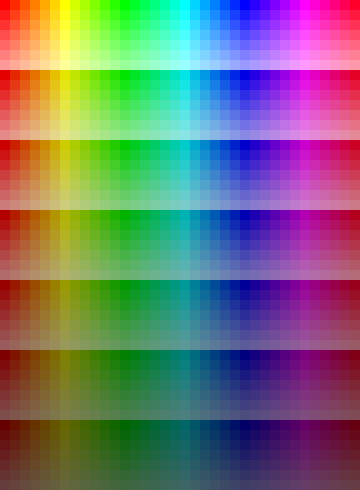
Repository: zhuqinghe/mapf_visualizer
Script's output: python color.py
An editor plug-in stored every save of this project. The script's output is shown before and after the next save, followed by the edit.
The window is shown after at most 60 frames with no key pressed. Random numbers start from a fixed seed.

Above is the script's output before, as saved 2021-07-19 18:15:00.

### color.py
import pygame
import math


def k_contrast_color(k_color, HSV_list):
  # hue       : 0-360, min_step: 5(72)
  # saturation: 60-100, min_step: 10(5)
  # intensive : 50-100, min_step: 10(6)
  # max_color = 72*6*6 = 2592

  H_min_step = 10
  H_max_num = 360 // H_min_step
  S_min_step = 10
  S_max_num = math.floor(60 / S_min_step) + 1
  I_min_step = 10
  I_max_num = math.floor(60 / I_min_step) + 1

  H = 360
  S = 100
  I = 100
  T = 100

  if k_color <= H_max_num*S_max_num*I_max_num:
    if k_color <= H_max_num*S_max_num:
      if k_color <= H_max_num:
        S = 100
        I = 100
        H_step = 360 // k_color
        for i in range(k_color):
          Hi = i
          tmp_H = Hi * H_step
          HSV_list.append((tmp_H, S, I, T))
      else: # >H_max_num
        I = 100
        H_step = H_min_step
        S_num = math.ceil(k_color / H_max_num)
        S_step = 60 / (S_num-1)
        for i in range(k_color):
          Hi = i % H_max_num
          tmp_H = Hi * H_step
          Si = math.floor(i / H_max_num)
          tmp_S = 100 - Si * S_step
          HSV_list.append((tmp_H, tmp_S, I, T))

    else: # >H_max_num*S_max_num
        S_step = 10
        H_step = H_min_step
        I_num = math.ceil(k_color / (H_max_num*S_max_num))
        I_step = 60 / (I_num-1)
        for i in range(k_color):
          Hi = i % H_max_num
          tmp_H = Hi * H_step
          Si = (i//H_max_num) % S_max_num
          tmp_S = 100 - Si * S_step
          Ii = math.floor(i / (H_max_num*S_max_num))
          tmp_I = 100 - Ii * I_step
          HSV_list.append((tmp_H, tmp_S, tmp_I, T))

  else : # >H_max_num*S_max_num*I_max_num
    print("[ERROR]: NUM OF COLOR IS TOO LARGE.")

  return HSV_list


if __name__ == '__main__':
  grid_len = 36
  grid_wid = 49
  grid_size = 10
  win_len = grid_len*grid_size
  win_wid = grid_wid*grid_size

  pygame.init()
  screen = pygame.display.set_mode((win_len, win_wid))
  pygame.display.set_caption('k contrast color')

  grids = [pygame.Surface((grid_size, grid_size),
                          pygame.SRCALPHA).convert_alpha() \
                          for _ in range(grid_len*grid_wid)]
  map_back = pygame.surface.Surface((win_len, win_wid),
                                    pygame.SRCALPHA, 32)
  map_back = map_back.convert_alpha()

  rgb_colors = []
  hsv_colors = []
  k_contrast_color(grid_len*grid_wid, hsv_colors)
  # print('color len:', len(rgb_colors))
  # print(rgb_colors)
  map_back.fill((0,0,0))
  while 1:
    for i in range(grid_len):
      for j in range(grid_wid):
        color = pygame.Color(0,0,0,0)
        color.hsva = hsv_colors[j*grid_len+i]
        # print(color)
        grids[j*grid_len+i].fill(color)
        map_back.blit(grids[j*grid_len+i],
                            ((i)*grid_size,
                              (j)*grid_size))
    screen.blit(map_back, (0,0))
    pygame.display.update()
    for event in pygame.event.get():
      if event.type == pygame.QUIT:
        pygame.quit()

After the next save:
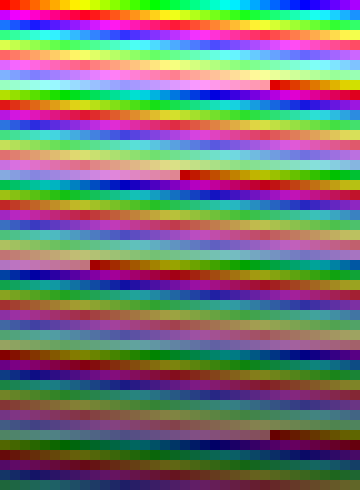
Saved 6 s later.
--- a/color.py
+++ b/color.py
@@ -8,7 +8,7 @@ def k_contrast_color(k_color, HSV_list):
   # intensive : 50-100, min_step: 10(6)
   # max_color = 72*6*6 = 2592
 
-  H_min_step = 10
+  H_min_step = 8
   H_max_num = 360 // H_min_step
   S_min_step = 10
   S_max_num = math.floor(60 / S_min_step) + 1
